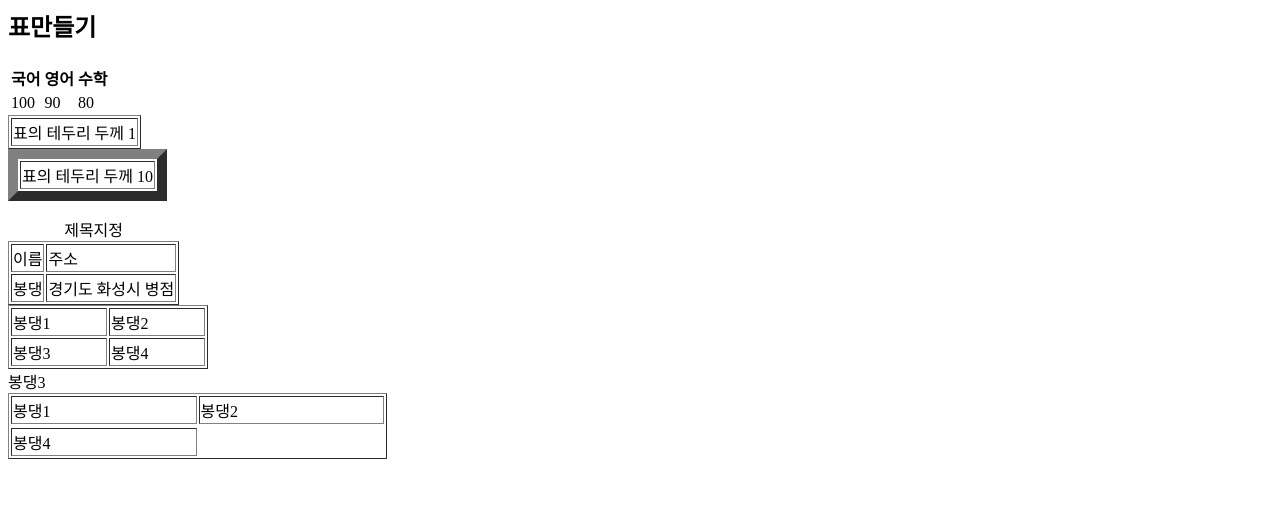
Repository: kisunssong/jsp
Page: http://localhost/test/table.jsp
An editor plug-in stored every save of this project. The page is shown before and after the next save, followed by the edit.
The browser window is 1280 px wide. The pictures show the whole page.
The page is served by Tomcat 9.

Above is the page before, as saved 2020-10-28 14:03:36.

After the next save:
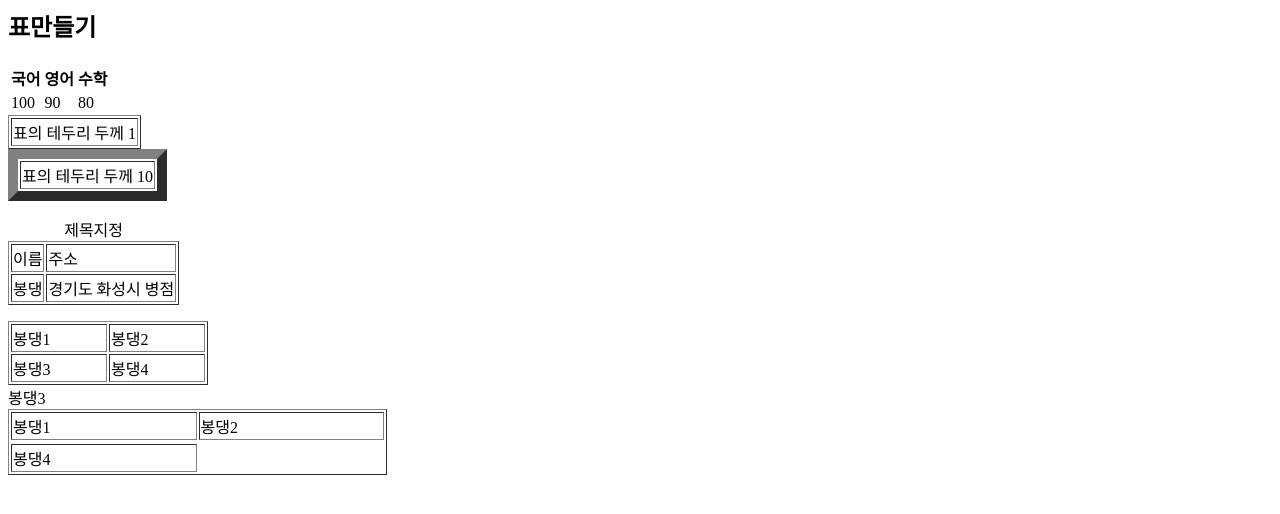
Saved 10 s later.
--- a/test/WebContent/table.jsp
+++ b/test/WebContent/table.jsp
@@ -23,8 +23,8 @@
 <!-- CAPTION 표의제목 , ALIGN 위치 TOP 위에 제목지정 -->
 <TR><TD>이름<TD>주소</TR>
 <!-- 표에 한칸 한칸 들어간다 -->
-<TR><TD>봉댕<TD>경기도 화성시 병점</TR><P>
-</TABLE>
+<TR><TD>봉댕<TD>경기도 화성시 병점</TR>
+</TABLE><P>
 
 <TABLE BORDER="1" WIDTH="200">
 <TR><TD>봉댕1<TD>봉댕2</TR>
